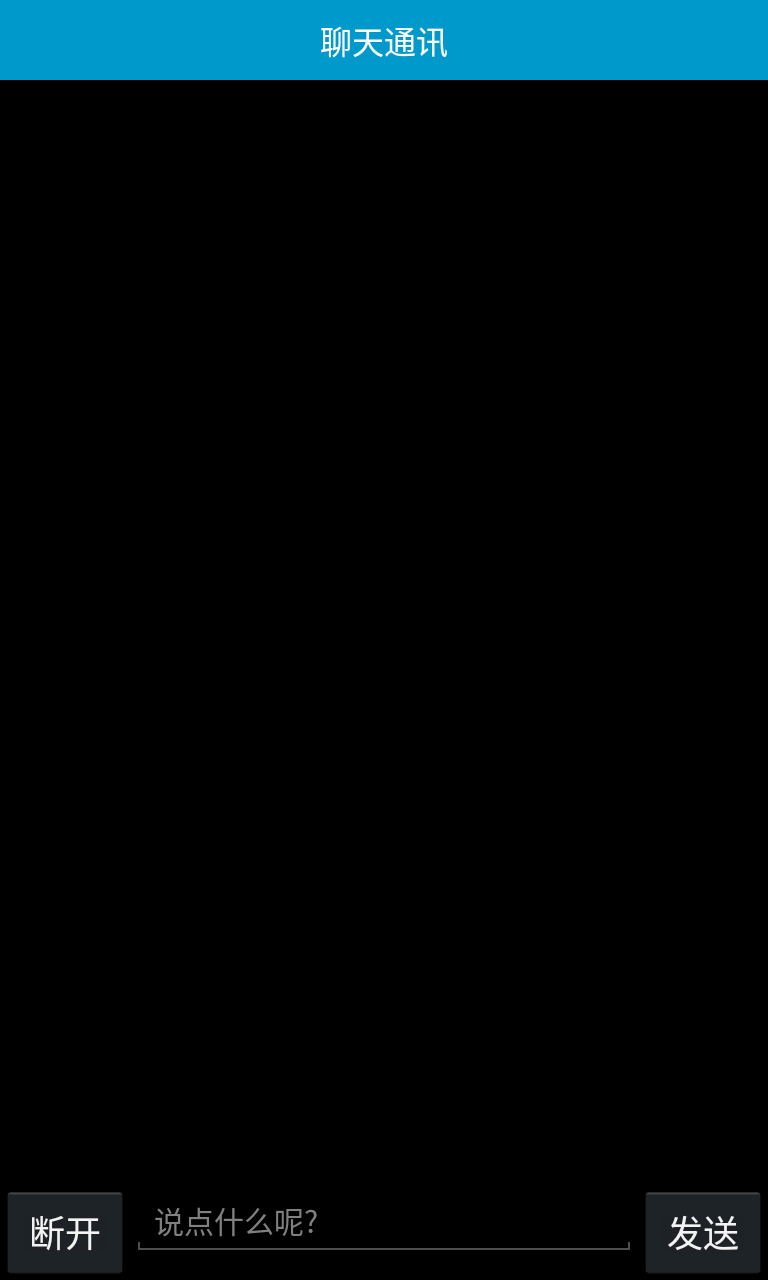
Repository: yihu0817/AndroidDemo
Layout: 蓝牙/AndroidBluetooth/res/layout/chat_layout.xml
The author's editor kept a copy of each file at every save. The layout is drawn from the files as they stood at one save, then again after the next save.
It is drawn on a 768 x 1280 px phone screen (xhdpi) without system bars, with theme android:Theme.Holo; the app's code is not run. Lists and similar views that code fills are empty.

Above is the layout before, as saved 2015-03-20 02:31:14.

### 蓝牙/AndroidBluetooth/res/layout/chat_layout.xml
<?xml version="1.0" encoding="utf-8"?>
<RelativeLayout xmlns:android="http://schemas.android.com/apk/res/android"
    android:id="@+id/container"
    android:layout_width="fill_parent"
    android:layout_height="fill_parent"
    android:orientation="vertical" >

    <TextView
        android:id="@+id/titletxt"
        android:layout_width="fill_parent"
        android:layout_height="40dp"
        android:background="@android:color/holo_blue_dark"
        android:gravity="center"
        android:text="聊天通讯"
        android:textColor="@android:color/white"
        android:textSize="16sp" />


    <RelativeLayout
        android:id="@+id/edit_bottombar"
        android:layout_width="fill_parent"
        android:layout_height="wrap_content"
        android:layout_alignParentBottom="true" >

        <Button
            android:id="@+id/btn_disconnect"
            android:layout_width="65dp"
            android:layout_height="wrap_content"
            android:layout_alignParentLeft="true"
            android:text="断开" />

        <Button
            android:id="@+id/send_message_btn"
            android:layout_width="65dp"
            android:layout_height="wrap_content"
            android:layout_alignParentRight="true"
            android:text="发送" />

        <EditText
            android:id="@+id/send_message_edit"
            android:layout_width="fill_parent"
            android:layout_height="wrap_content"
            android:layout_toLeftOf="@id/send_message_btn"
            android:layout_toRightOf="@+id/btn_disconnect"
            android:hint="说点什么呢?"
            android:textSize="15dip" />
    </RelativeLayout>

    <ListView
        android:id="@+id/list"
        android:layout_width="fill_parent"
        android:layout_height="fill_parent"
        android:layout_above="@id/edit_bottombar"
        android:layout_below="@id/titletxt"
        android:layout_weight="1.0"
        android:divider="#ffc6c6c6"
        android:scrollingCache="false" />

</RelativeLayout>

After the next save:
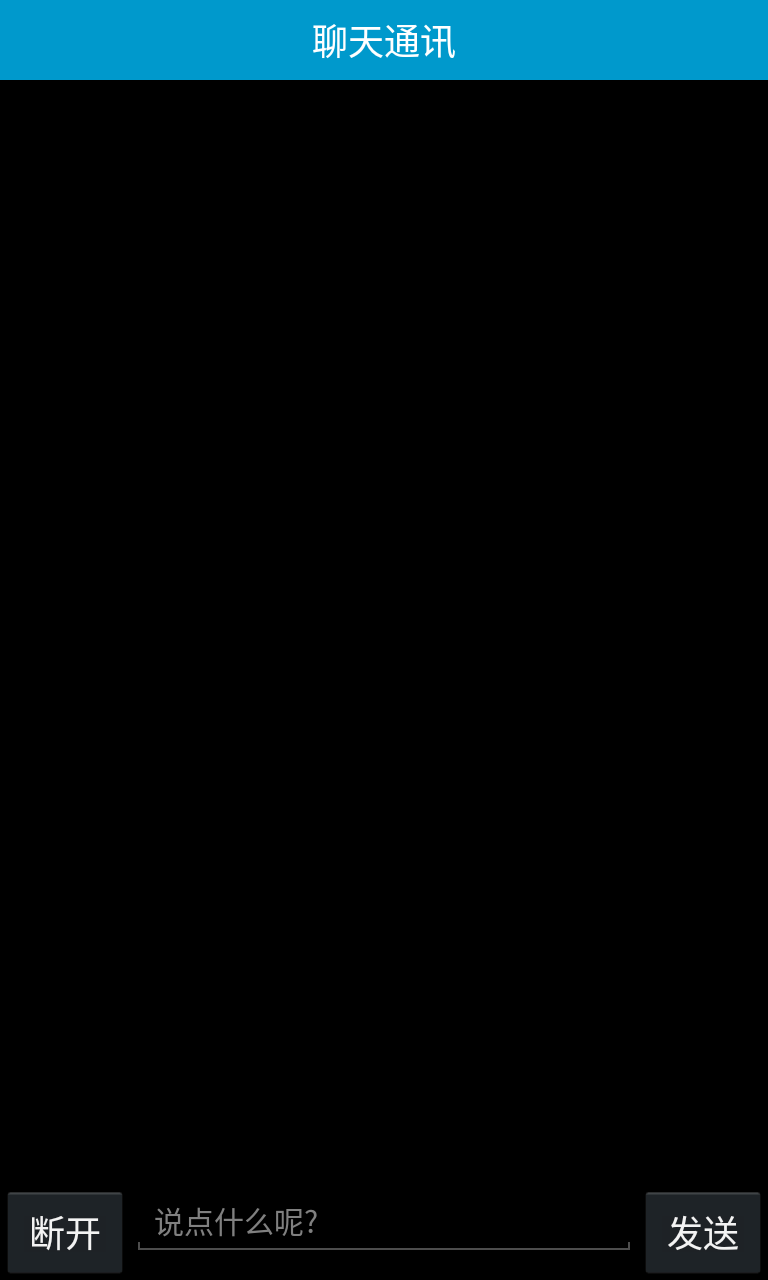
Saved 2 min 15 s later.
--- a/蓝牙/AndroidBluetooth/res/layout/chat_layout.xml
+++ b/蓝牙/AndroidBluetooth/res/layout/chat_layout.xml
@@ -13,7 +13,7 @@
         android:gravity="center"
         android:text="聊天通讯"
         android:textColor="@android:color/white"
-        android:textSize="16sp" />
+        android:textSize="18sp" />
 
 
     <RelativeLayout
